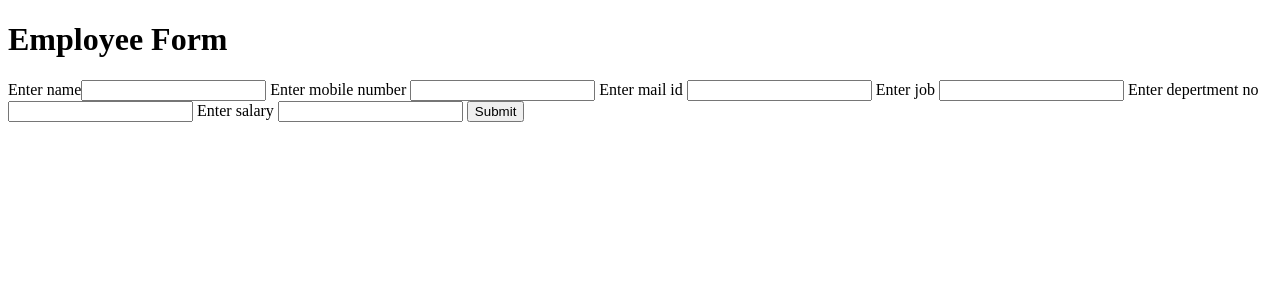
Repository: Subhabrata98dada/java_code
Page: http://localhost/MVC6_SOFT_DELETION/WEB-INF/pages/employeeform.jsp
The author's editor kept a copy of each file at every save. The page is drawn from the files as they stood at one save, then again after the next save.
The browser window is 1280 px wide. The pictures show the whole page.
The page is served by Tomcat 9. Nobody is signed in. Other server files are loaded and not shown. The template is opened directly, without the code that normally fills it, so the values that code supplies are empty.

Above is the page before, as saved 2024-10-29 06:04:52.

### springboot mvc/MVC6_SOFT_DELETION/src/main/webapp/WEB-INF/pages/employeeform.jsp
<%@ page language="java" contentType="text/html; charset=UTF-8"
    pageEncoding="UTF-8"%>
<!DOCTYPE html>
<html>
<head>
<meta charset="UTF-8">
<title>Insert title here</title>
</head>
<body>
   <h1>Employee Form</h1>
   <form action="/register" method="post">
   Enter name<input type="text" name="name">
   Enter mobile number <input type="number" name="mobile">
   Enter mail id <input type="email" name="email">
   Enter job <input type="text" name="job">
   Enter depertment no <input type="text" name="deptno">
   Enter salary <input type="text" name="salary">
   <input type="submit">
   </form>
</body>
</html>

After the next save:
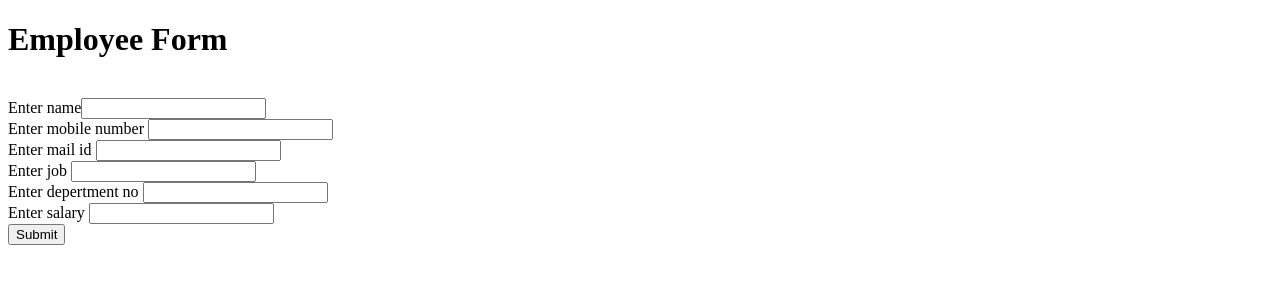
Saved 32 s later.
--- a/springboot mvc/MVC6_SOFT_DELETION/src/main/webapp/WEB-INF/pages/employeeform.jsp
+++ b/springboot mvc/MVC6_SOFT_DELETION/src/main/webapp/WEB-INF/pages/employeeform.jsp
@@ -8,13 +8,13 @@
 </head>
 <body>
    <h1>Employee Form</h1>
-   <form action="/register" method="post">
-   Enter name<input type="text" name="name">
-   Enter mobile number <input type="number" name="mobile">
-   Enter mail id <input type="email" name="email">
-   Enter job <input type="text" name="job">
-   Enter depertment no <input type="text" name="deptno">
-   Enter salary <input type="text" name="salary">
+   <form action="/register" method="post"> <br>
+   Enter name<input type="text" name="name">  <br>
+   Enter mobile number <input type="number" name="mobile"> <br>
+   Enter mail id <input type="email" name="email"> <br>
+   Enter job <input type="text" name="job"> <br>
+   Enter depertment no <input type="text" name="deptno"> <br>
+   Enter salary <input type="text" name="salary"> <br>
    <input type="submit">
    </form>
 </body>
